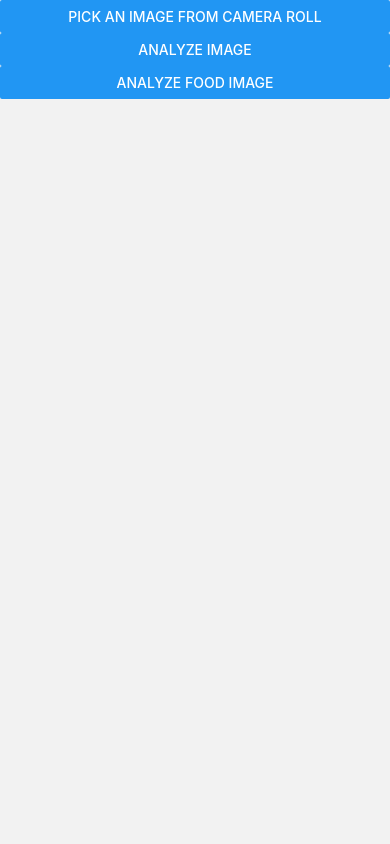
Repository: djdjdallas/taste-without-borders
Screen: /Home
An editor plug-in stored every save of this project. The screen is shown before and after the next save, followed by the edit.
The app was drawn by React Native's web renderer in a window 390 px wide. The project was rebuilt for these pictures with package versions that can differ from the ones it lists, and the page was loaded fresh each time.

Above is the screen before, as saved 2023-12-26 19:56:45.

After the next save:
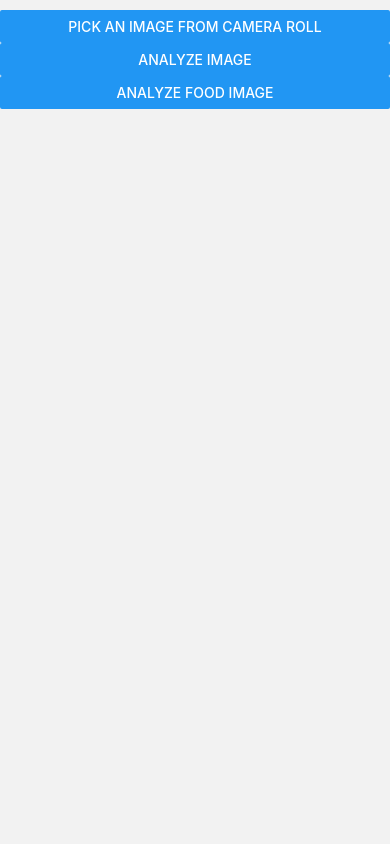
Saved 21 s later.
--- a/HomeScreen.js
+++ b/HomeScreen.js
@@ -153,7 +153,7 @@ const HomeScreen = () => {
   }, []);
 
   return (
-    <View>
+    <View style={{ marginTop: 10 }}>
       <Button title="Pick an image from camera roll" onPress={pickImage} />
       {selectedImage && (
         <Image
